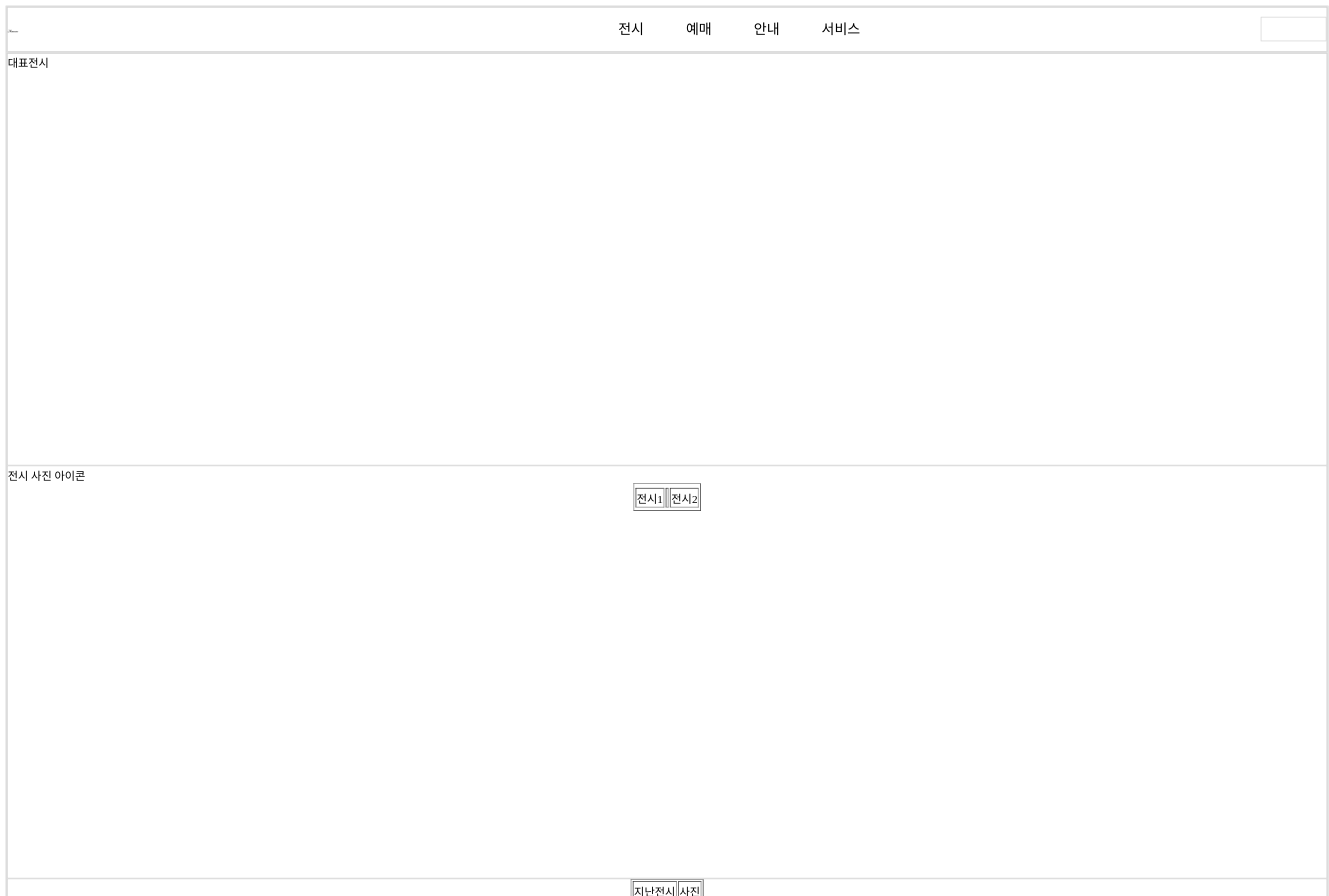
Repository: pshysd/SEMI_PROJECT
Page: http://localhost/JVArtCenter/
These files come from the project's save history. The page is drawn as it stood at one moment and after the next save; the edit follows.
The browser window is 1280 px wide. The page is 1898 px wide, so the pictures cover 1898 px, including what lies to the right of the window. The pictures show the part of the page from y = 0 to 1280 px (the page is 3296 px tall), at 70% of full size.
The page is served by Tomcat 9. Nobody is signed in. The application's start-up code is not run.

Above is the page before, as saved 2022-10-21 11:09:02.

After the next save:
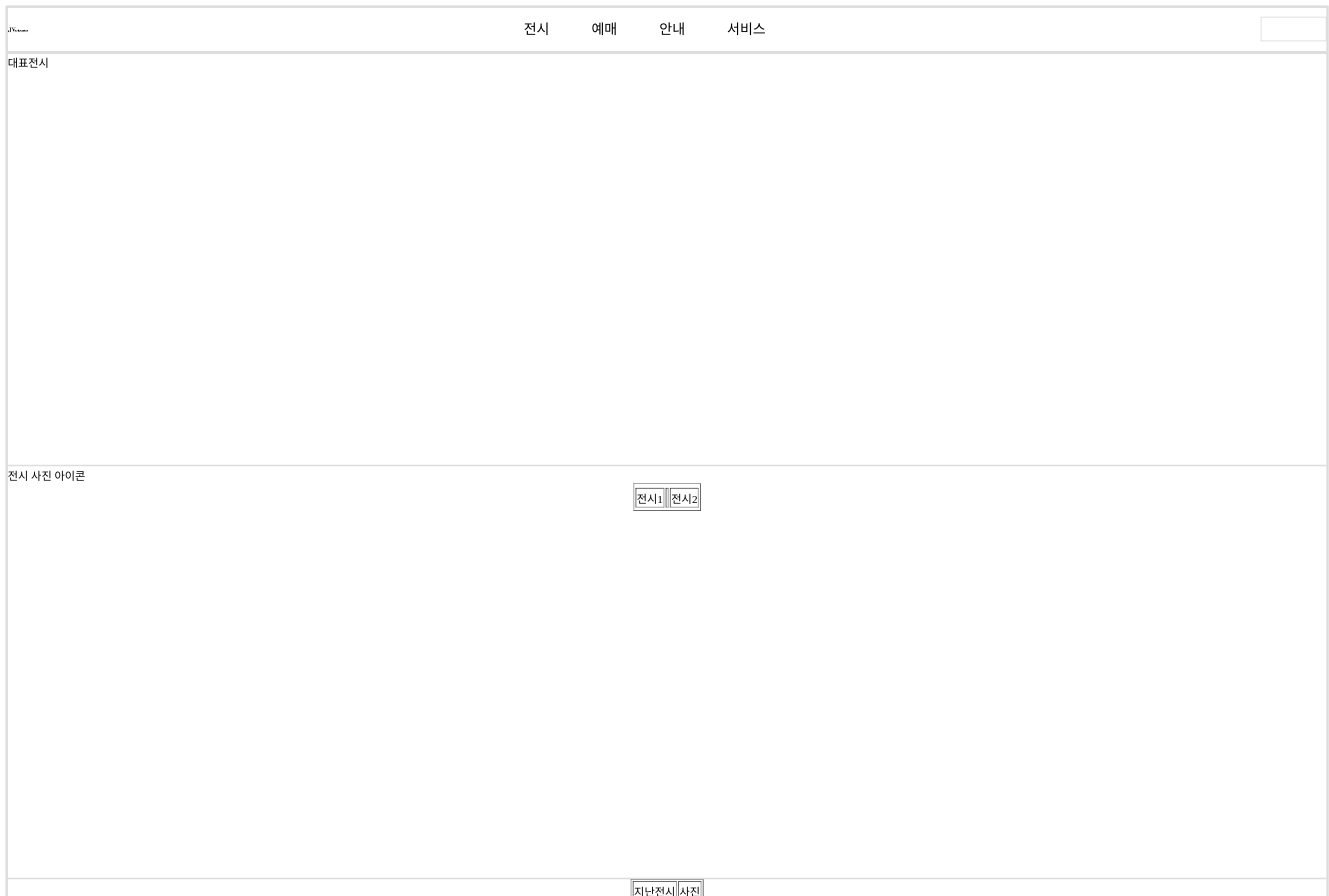
Saved 9 s later.
--- a/JVArtCenter/WebContent/index.jsp
+++ b/JVArtCenter/WebContent/index.jsp
@@ -147,7 +147,7 @@
         <div id="navbar">
           <ul id="navbar_logo">
             <li>
-              <a href=""><img src="resources/image/logo.png" width="5%"></a>
+              <a href=""><img src="resources/image/logo.png" width="30px"></a>
             </li>
           </ul>
 
